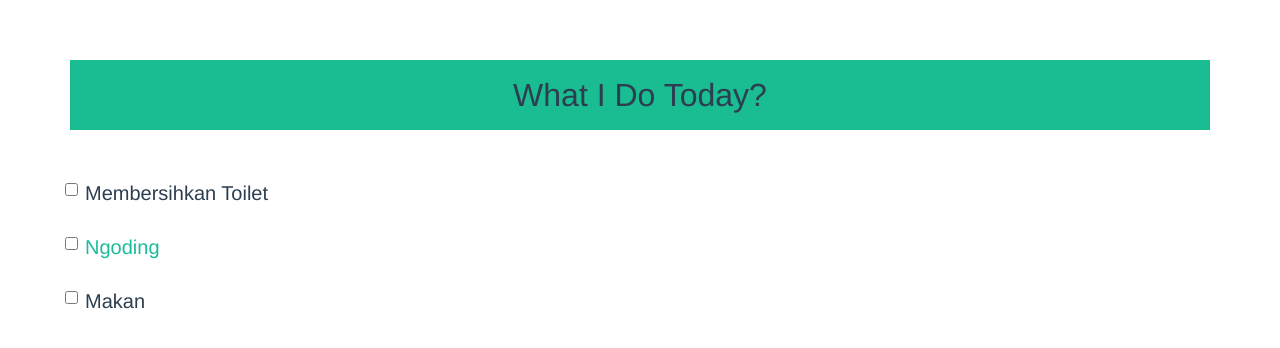
Repository: AdiPrimanto/praxis-academy
Page: / (app in novice/03-05/todolist/)
The author's editor kept a copy of each file at every save. The page is drawn from the files as they stood at one save, then again after the next save.
The browser window is 1280 px wide. The pictures show the whole page.
The project was rebuilt for these pictures with package versions that can differ from the ones it lists, and the page was loaded fresh each time.

Above is the page before, as saved 2019-11-29 21:36:14.

### novice/03-05/todolist/src/App.vue
<template>
  <div id="app">
    <div class="container">
      <div class="row header mb-5 p-3">
        <div class="col-12">
          <h2>What I Do Today? </h2>
        </div>
      </div>
      <div class="row content">
        <div class="col-12">
          <div class="pekerjaan-rumah">
            <div class="row">
              <div v-for="tugasSaya in tugas" v-bind:key="tugasSaya.id" class="mb-4 tugas col-lg-12 text-left">
                <input class="form-check-input" onclick="" type="checkbox" value="" id="defaultCheck1">
                <label class="form-check-label item" v-bind:class="{'item-completed':tugasSaya.isDone}"
                  for="defaultCheck1">
                  {{tugasSaya.nama}}
                </label>
              </div>
            </div>
          </div>
        </div>
      </div>
    </div>


  </div>
</template>

<script>
  import 'bootstrap/dist/css/bootstrap.css'

  export default {
    name: 'app',
    //membuat data json
    //v-for dilakukan jk memiliki array di dalam data:
    data: function () {
      return {
        tugas: [{
            id: 1,
            nama: 'Membersihkan Toilet',
            isDone: false
          },
          {
            id: 2,
            nama: 'Ngoding',
            isDone: true
          },
          {
            id: 3,
            nama: 'Makan',
            isDone: false
          }
        ]
      };
    },
    components: {

    }
  }
</script>

<style>
  #app {
    font-family: 'Avenir', Helvetica, Arial, sans-serif;
    -webkit-font-smoothing: antialiased;
    -moz-osx-font-smoothing: grayscale;
    text-align: center;
    color: #2c3e50;
    margin-top: 60px;
  }

  .header {
    background: #1abc91;
  }

  .header h2 {
    margin: 0;
  }

  .tugas .item {
    font-size: 20px;
  }

  .item-completed {
    color: #1abc9c;

  }
</style>

Loaded but not shown: novice/03-05/todolist/public/index.html (common file); novice/03-05/todolist/src/main.js (common file)

After the next save:
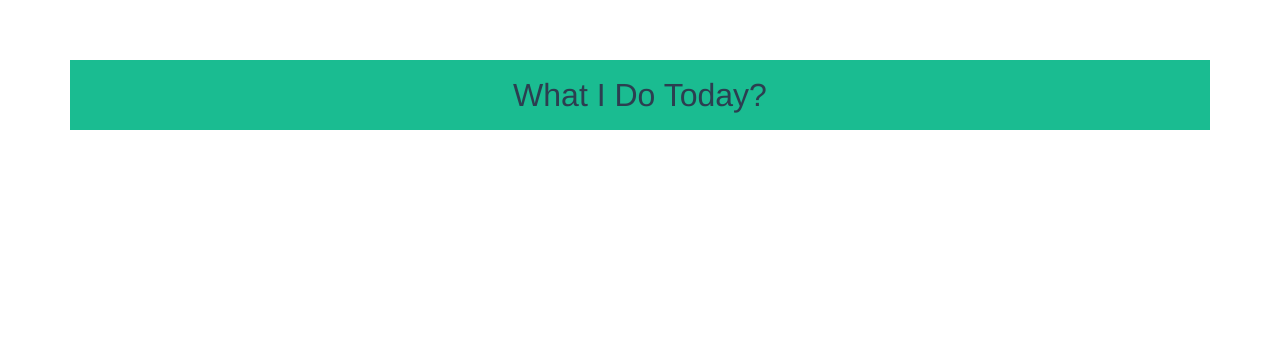
Saved 6 s later.
--- a/novice/03-05/todolist/src/App.vue
+++ b/novice/03-05/todolist/src/App.vue
@@ -11,10 +11,7 @@
           <div class="pekerjaan-rumah">
             <div class="row">
               <div v-for="tugasSaya in tugas" v-bind:key="tugasSaya.id" class="mb-4 tugas col-lg-12 text-left">
-                <input class="form-check-input" onclick="" type="checkbox" value="" id="defaultCheck1">
-                <label class="form-check-label item" v-bind:class="{'item-completed':tugasSaya.isDone}"
-                  for="defaultCheck1">
-                  {{tugasSaya.nama}}
+
                 </label>
               </div>
             </div>
